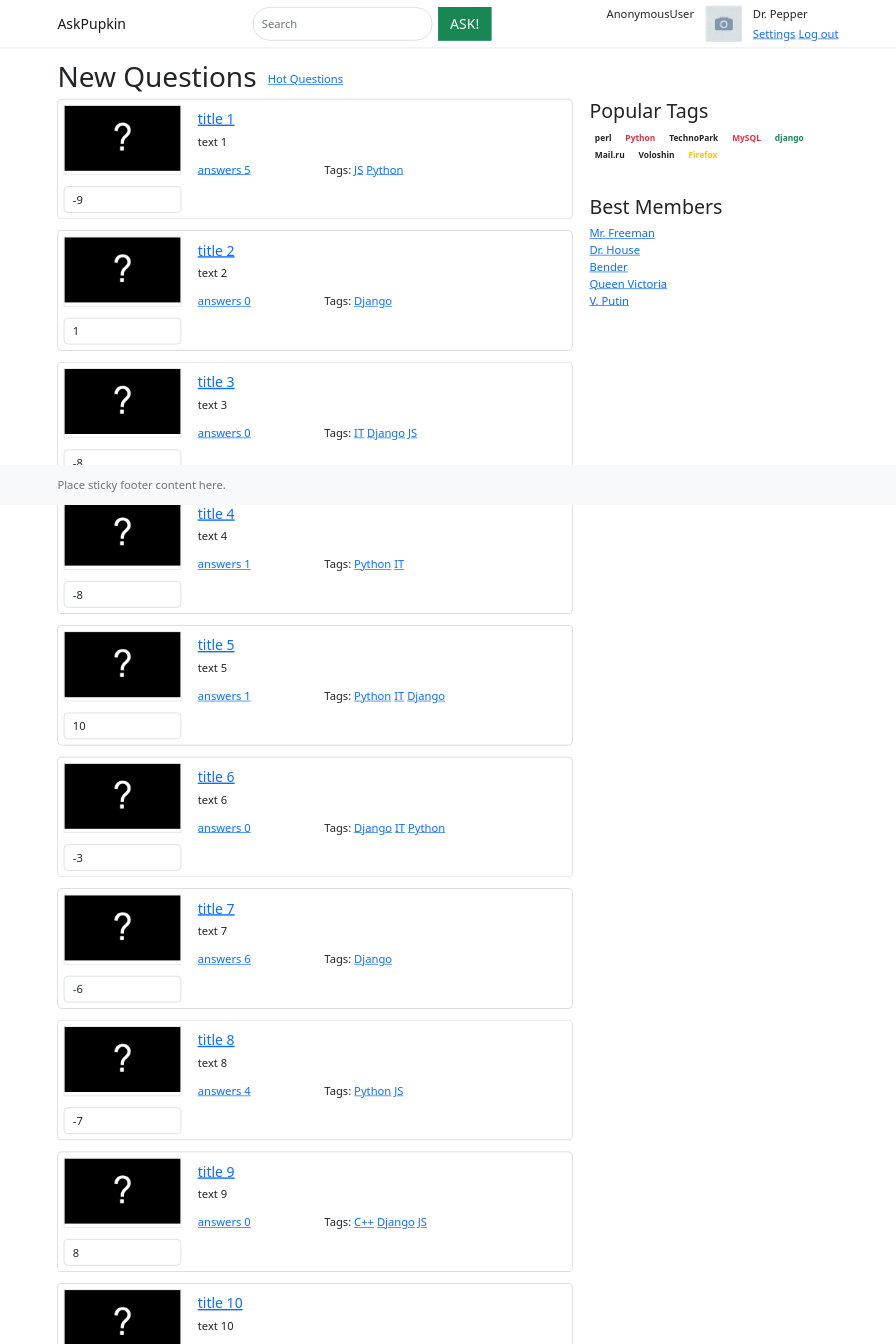
Repository: MiniDan21/askme_molchanov_django
Page: http://localhost/
An editor plug-in stored every save of this project. The page is shown before and after the next save, followed by the edit.
The browser window is 1280 px wide. The pictures show the part of the page from y = 0 to 1920 px (the page is 5647 px tall), at 70% of full size.
The page is served by the project's application, run on Django 5.2 (manage.py).

Above is the page before, as saved 2024-04-09 17:11:56.

After the next save:
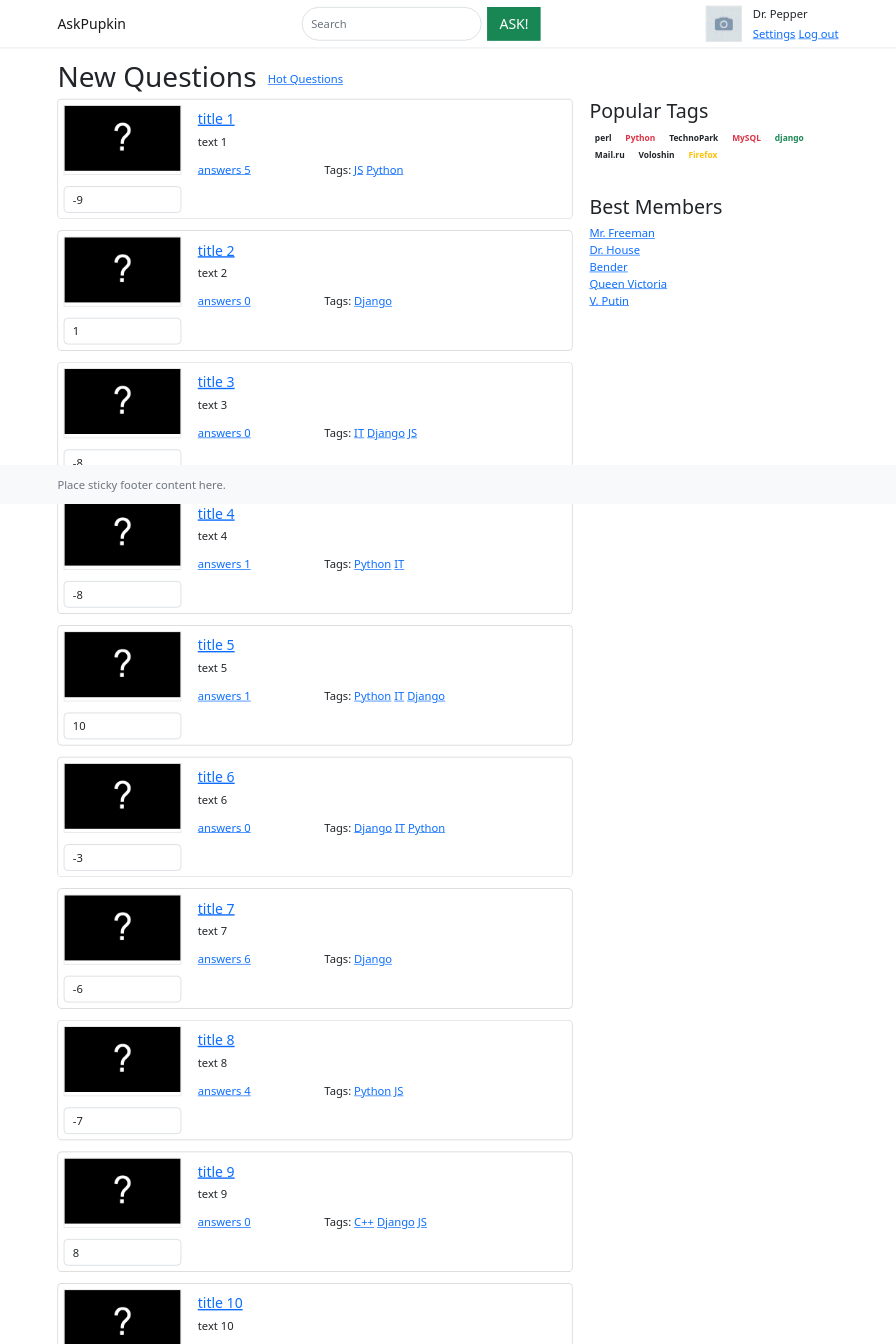
Saved 5 s later.
--- a/templates/layouts/loged_in.html
+++ b/templates/layouts/loged_in.html
@@ -1,4 +1,3 @@
-{{user}}
 {% if user %}
 <div class="border">
   <img
